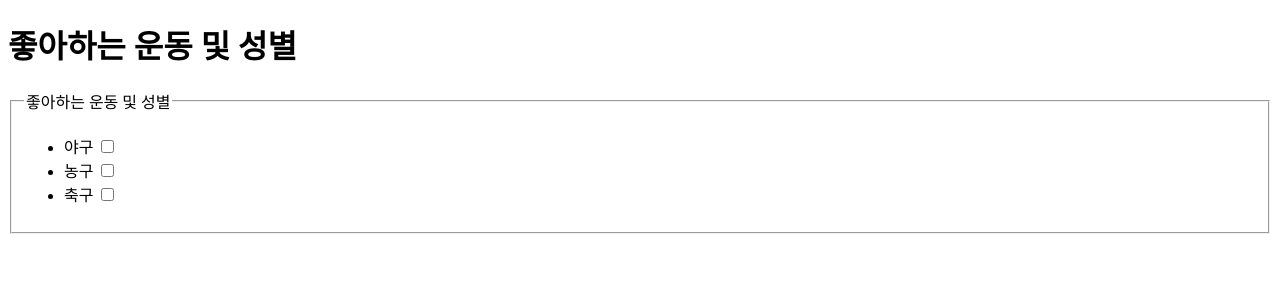
Repository: sgnq008-tech/JSP
Page: http://localhost/WebProject/test/sport.jsp
These files come from the project's save history. The page is drawn as it stood at one moment and after the next save; the edit follows.
The browser window is 1280 px wide. The pictures show the whole page.
The page is served by Tomcat 9. Other server files are loaded and not shown.

Above is the page before, as saved 2026-09-08 00:43:52.

### jsp_workspace/WebProject/src/main/webapp/test/sport.jsp
<%@ page language="java" contentType="text/html; charset=UTF-8"
    pageEncoding="UTF-8"%>
<!DOCTYPE html>
<html>
<head>
<meta charset="UTF-8">
<title>좋아하는 운동 및 성별</title>
</head>
<body>
<h1>좋아하는 운동 및 성별</h1>
<form action="Sport" method="post">
                <fieldset>
                                <legend>좋아하는 운동 및 성별</legend>
                                <ul>
                                <li>
                                       <label>야구</label>
                                       <input type ="checkbox" name="sports" value ="야구">
                                </li>
                                <li>
                                       <label>농구</label>
                                       <input type ="checkbox" name="sports" value ="농구">
                                </li>
                                <li>
                                       <label>축구</label>
                                       <input type ="checkbox" name="sports" value ="축구">
                                </li>
                                </ul>
                </fieldset>

</form>

</body>
</html>

After the next save:
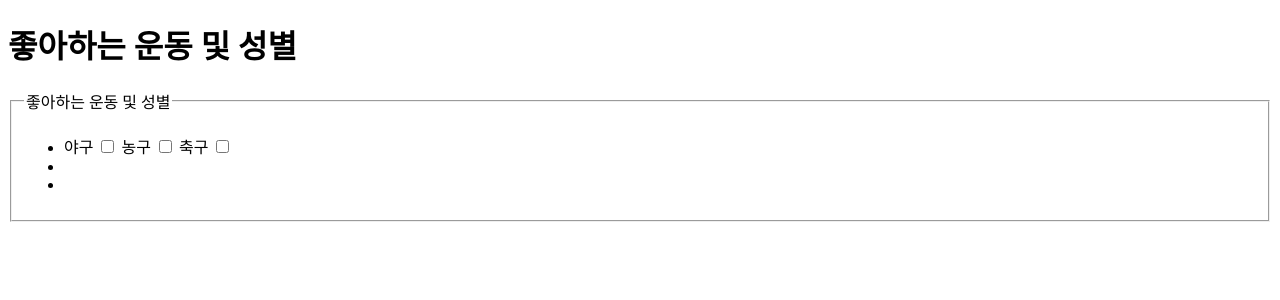
Saved 23 s later.
--- a/jsp_workspace/WebProject/src/main/webapp/test/sport.jsp
+++ b/jsp_workspace/WebProject/src/main/webapp/test/sport.jsp
@@ -15,14 +15,16 @@
                                 <li>
                                        <label>야구</label>
                                        <input type ="checkbox" name="sports" value ="야구">
+                                       <label>농구</label>
+                                       <input type ="checkbox" name="sports" value ="농구">
+                                       <label>축구</label>
+                                       <input type ="checkbox" name="sports" value ="축구">
                                 </li>
                                 <li>
-                                       <label>농구</label>
-                                       <input type ="checkbox" name="sports" value ="농구">
+
                                 </li>
                                 <li>
-                                       <label>축구</label>
-                                       <input type ="checkbox" name="sports" value ="축구">
+
                                 </li>
                                 </ul>
                 </fieldset>
